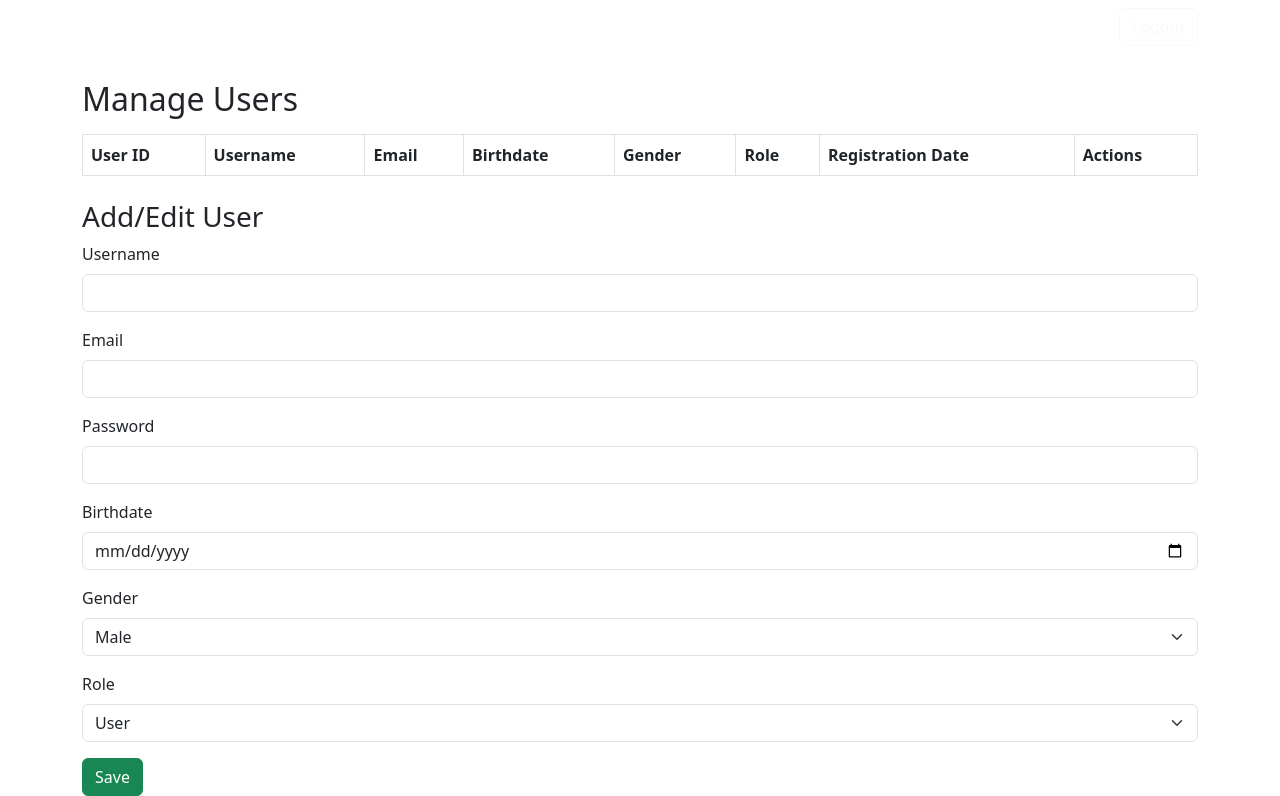
Repository: omlokhande1212/Expense-management
Page: http://localhost/Demo/manageUsers.jsp
These files come from the project's save history. The page is drawn as it stood at one moment and after the next save; the edit follows.
The browser window is 1280 px wide. The pictures show the whole page.
The page is served by Tomcat 10. Other server files are loaded and not shown. Queries for data that is not in the repository find no rows.

Above is the page before, as saved 2024-11-28 18:52:48.

### expense/Demo/src/main/webapp/manageUsers.jsp
<%@ page import="java.sql.*, java.util.*" %>
<!DOCTYPE html>
<html lang="en">
<head>
    <meta charset="UTF-8">
    <title>Manage Users</title>
    <link rel="stylesheet" href="https://cdn.jsdelivr.net/npm/bootstrap@5.3.0/dist/css/bootstrap.min.css">
</head>
<body>
 <!-- Navbar -->
    <nav class="navbar navbar-expand-lg navbar-dark">
        <div class="container">
            <a class="navbar-brand" href="#">ExpenseManager</a>
            <button class="navbar-toggler" type="button" data-bs-toggle="collapse" data-bs-target="#navbarNav">
                <span class="navbar-toggler-icon"></span>
            </button>
            <div class="collapse navbar-collapse" id="navbarNav">
                <ul class="navbar-nav ms-auto">

                    <li class="nav-item">
                        <a class="nav-link" href="aboutus.html">About Us</a>
                    </li>
                    <li class="nav-item">
                        <a class="nav-link" href="contactus.html">Contact Us</a>
                    </li>
                    <li class="nav-item">
                        <a class="btn btn-outline-light" href="index.html">Logout</a>
                    </li>
                </ul>
            </div>
        </div>
    </nav>
<div class="container mt-4">
    <h2 class="mb-3">Manage Users</h2>
    <!-- Table to Display Users -->
    <table class="table table-bordered">
        <thead>
        <tr>
            <th>User ID</th>
            <th>Username</th>
            <th>Email</th>
            <th>Birthdate</th>
            <th>Gender</th>
            <th>Role</th>
            <th>Registration Date</th>
            <th>Actions</th>
        </tr>
        </thead>
        <tbody>
        <%
            Connection conn = null;
            Statement stmt = null;
            ResultSet rs = null;
            try {
                // Database connection
                Class.forName("com.mysql.cj.jdbc.Driver");
                conn = DriverManager.getConnection("jdbc:mysql://localhost:3306/expensemanagementsystem", "root", "Root@123");
                stmt = conn.createStatement();
                rs = stmt.executeQuery("SELECT * FROM users");
                while (rs.next()) {
        %>
        <tr>
            <td><%= rs.getInt("user_id") %></td>
            <td><%= rs.getString("username") %></td>
            <td><%= rs.getString("email") %></td>
            <td><%= rs.getDate("birthdate") %></td>
            <td><%= rs.getString("gender") %></td>
            <td><%= rs.getString("role") %></td>
            <td><%= rs.getTimestamp("registration_date") %></td>
            <td>
                <a href="edituser.jsp?id=<%= rs.getInt("user_id") %>" class="btn btn-sm btn-primary">Edit</a>
                <a href="deleteuser.jsp?id=<%= rs.getInt("user_id") %>" class="btn btn-sm btn-danger">Delete</a>
            </td>
        </tr>
        <%
                }
            } catch (Exception e) {
                e.printStackTrace();
            } finally {
                if (rs != null) rs.close();
                if (stmt != null) stmt.close();
                if (conn != null) conn.close();
            }
        %>
        </tbody>
    </table>

    <!-- Form to Add/Edit Users -->
    <h3 class="mt-4">Add/Edit User</h3>
    <form action="saveuser.jsp" method="post">
        <input type="hidden" name="user_id" value="" />
        <div class="mb-3">
            <label for="username" class="form-label">Username</label>
            <input type="text" name="username" id="username" class="form-control" required>
        </div>
        <div class="mb-3">
            <label for="email" class="form-label">Email</label>
            <input type="email" name="email" id="email" class="form-control" required>
        </div>
        <div class="mb-3">
            <label for="password" class="form-label">Password</label>
            <input type="password" name="password" id="password" class="form-control" required>
        </div>
        <div class="mb-3">
            <label for="birthdate" class="form-label">Birthdate</label>
            <input type="date" name="birthdate" id="birthdate" class="form-control">
        </div>
        <div class="mb-3">
            <label for="gender" class="form-label">Gender</label>
            <select name="gender" id="gender" class="form-select">
                <option value="male">Male</option>
                <option value="female">Female</option>
                <option value="other">Other</option>
            </select>
        </div>
        <div class="mb-3">
            <label for="role" class="form-label">Role</label>
            <select name="role" id="role" class="form-select">
                <option value="user">User</option>
                <option value="admin">Admin</option>
            </select>
        </div>
        <button type="submit" class="btn btn-success">Save</button>
    </form>
</div>
</body>
</html>

After the next save:
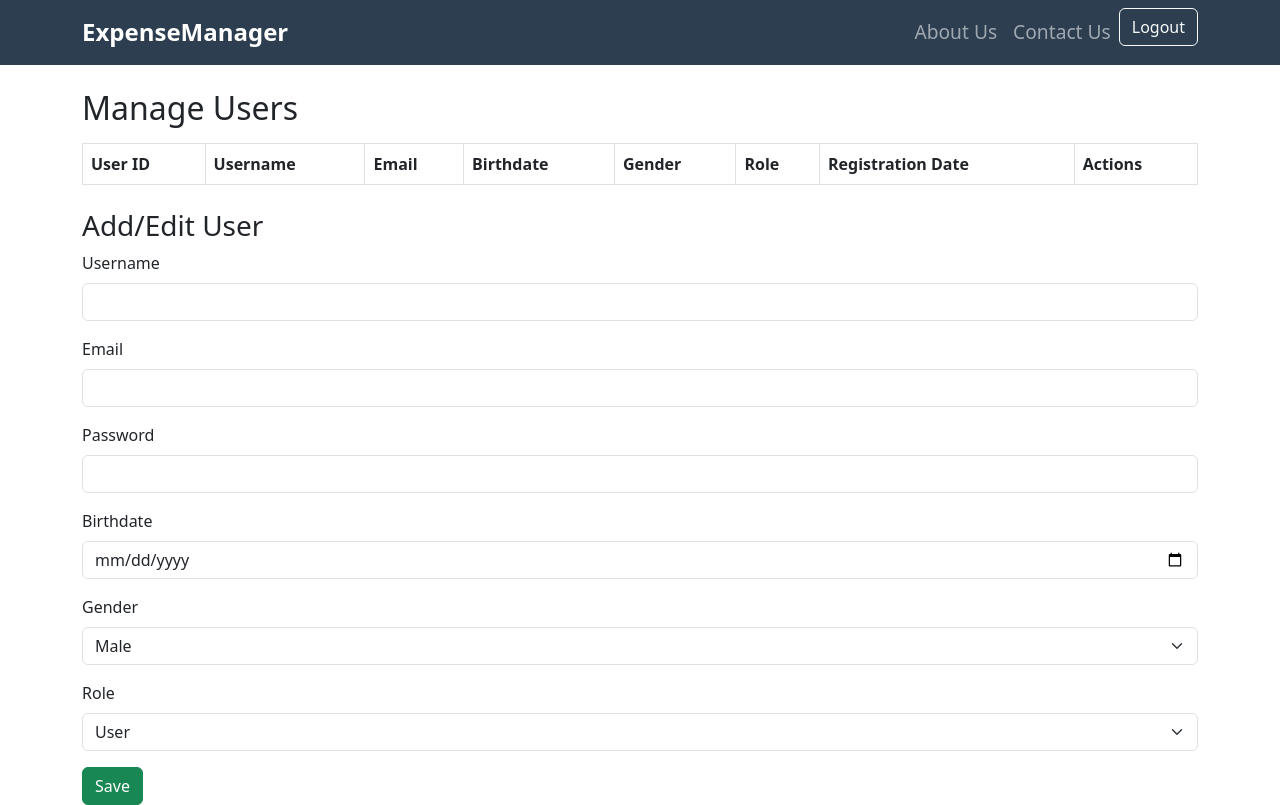
Saved 38 s later.
--- a/expense/Demo/src/main/webapp/manageUsers.jsp
+++ b/expense/Demo/src/main/webapp/manageUsers.jsp
@@ -5,6 +5,22 @@
     <meta charset="UTF-8">
     <title>Manage Users</title>
     <link rel="stylesheet" href="https://cdn.jsdelivr.net/npm/bootstrap@5.3.0/dist/css/bootstrap.min.css">
+<style >
+   .navbar {
+            background-color: #2c3e50;
+        }
+        .navbar-brand {
+            font-weight: bold;
+            font-size: 1.5rem;
+        }
+        .navbar-nav .nav-link {
+            font-size: 1.2rem;
+            padding: 10px 15px;
+        }
+        .navbar-nav .nav-link:hover {
+            background-color: #34495e;
+            color: white;
+        }</style>
 </head>
 <body>
  <!-- Navbar -->
